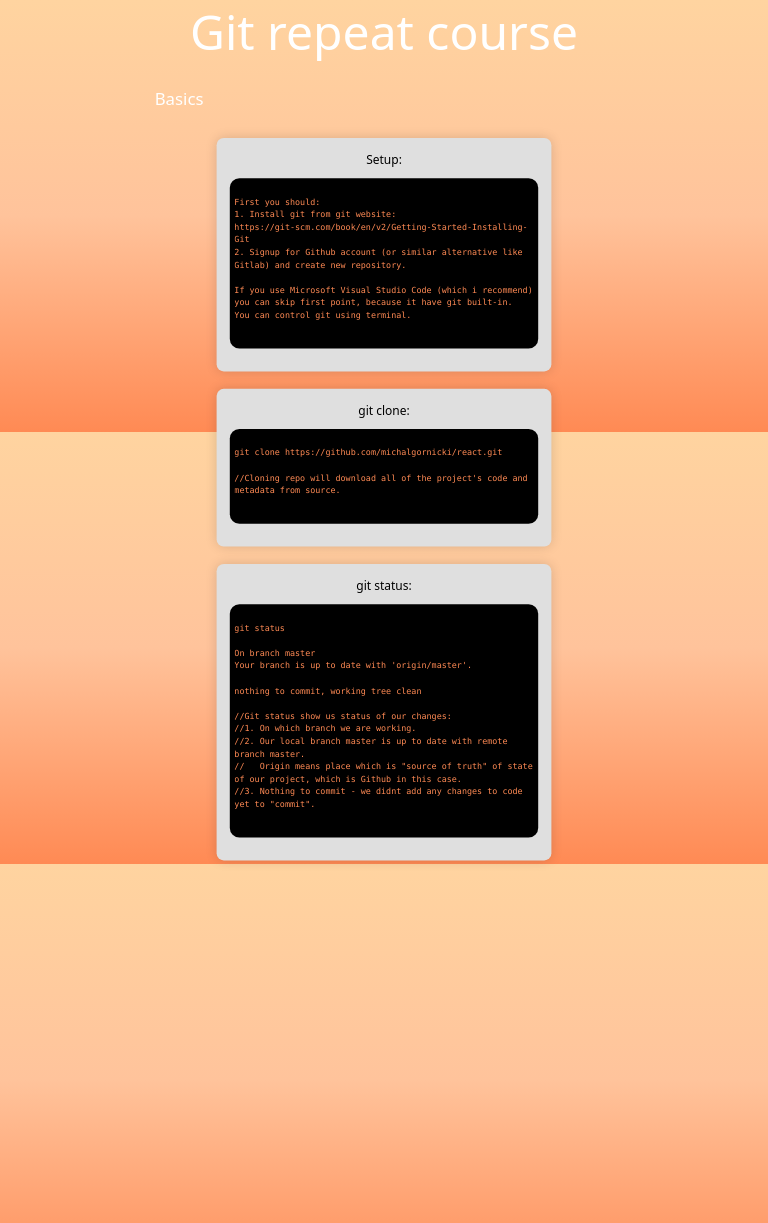
Repository: michalgornicki/git
Page: /
An editor plug-in stored every save of this project. The page is shown before and after the next save, followed by the edit.
The browser window is 1280 px wide. The pictures show the whole page, at 60% of full size.
Backgrounds fixed to the window are drawn as part of the page. The project was rebuilt for these pictures with package versions that can differ from the ones it lists, and the page was loaded fresh each time. Imported but missing from the stored project, and not drawn on this page: src/components/DOM manipulation.jsx, src/components/async.jsx, src/components/loops.jsx, src/components/numbers.jsx, src/components/variables.jsx, src/components/window.jsx.

Above is the page before, as saved 2022-02-10 08:11:28.

After the next save:
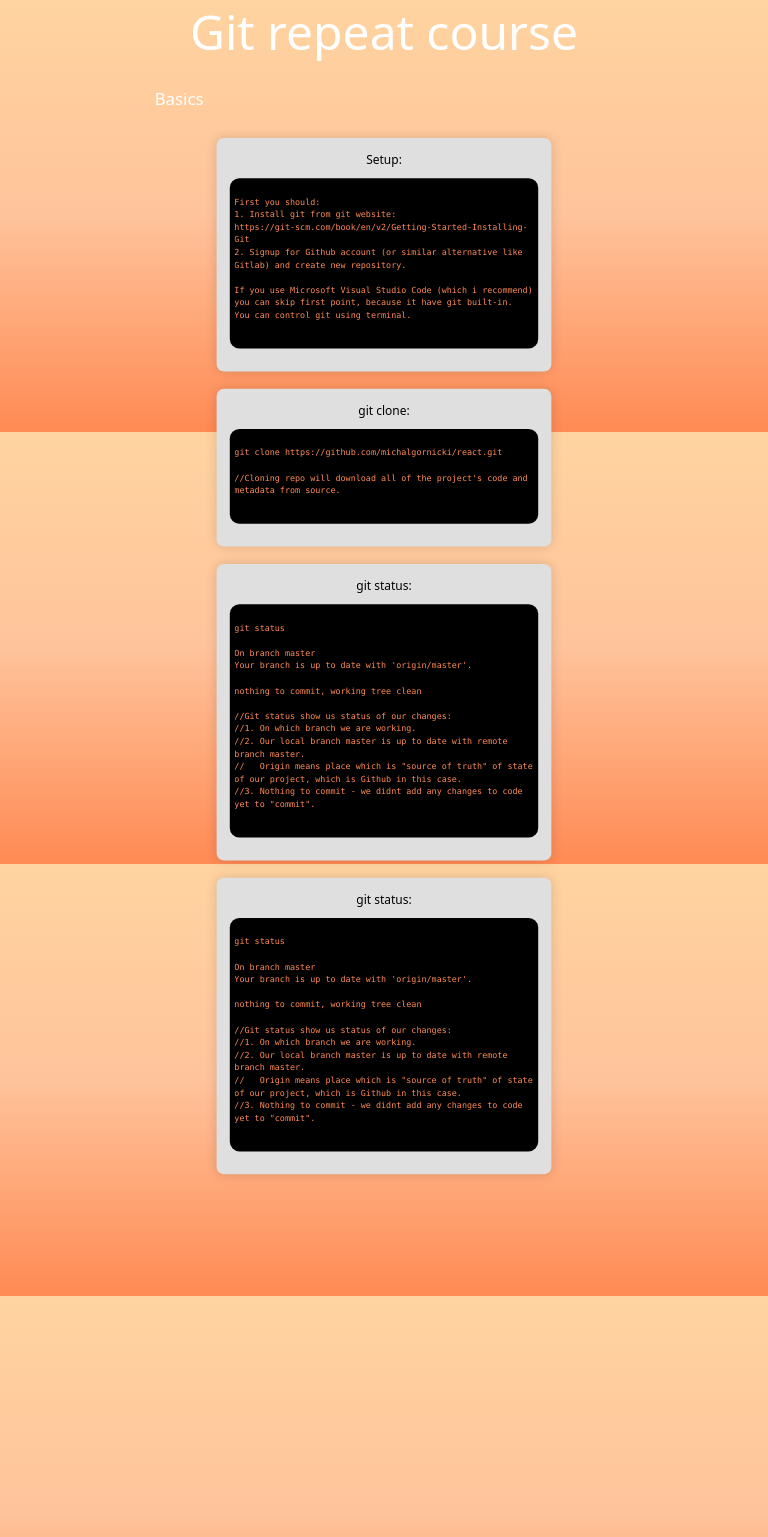
Saved 9 s later.
--- a/src/components/arrays.jsx
+++ b/src/components/arrays.jsx
@@ -49,6 +49,26 @@ nothing to commit, working tree clean
           `}</pre>
           </div>
       </div>
+      <div className="js-item">
+        {" "}
+        <div className="">git status: </div>
+        <div className="text-pink">
+          <pre>{`
+git status
+
+On branch master
+Your branch is up to date with 'origin/master'.
+
+nothing to commit, working tree clean
+
+//Git status show us status of our changes:
+//1. On which branch we are working.
+//2. Our local branch master is up to date with remote branch master.
+//   Origin means place which is "source of truth" of state of our project, which is Github in this case.
+//3. Nothing to commit - we didnt add any changes to code yet to "commit".
+          `}</pre>
+          </div>
+      </div>
 
       </div>
   );
